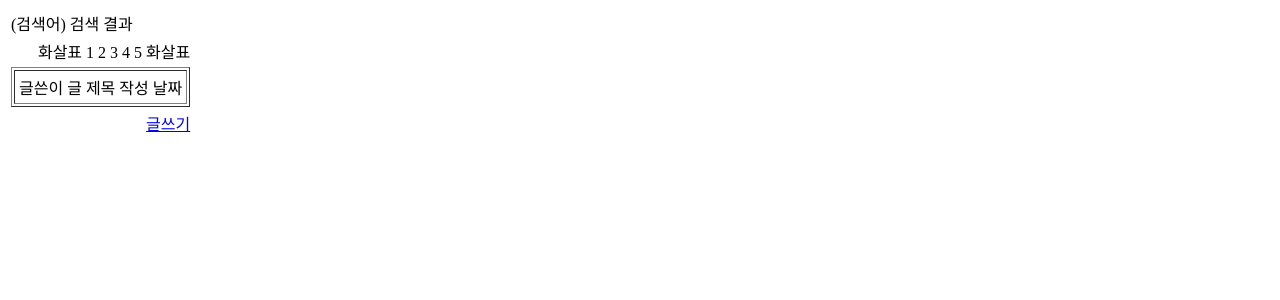
Repository: GOHO97/Haheeho
Page: http://localhost/Haheeho_Adblock/WEB-INF/views/board/board.jsp
The author's editor kept a copy of each file at every save. The page is drawn from the files as they stood at one save, then again after the next save.
The browser window is 1280 px wide. The pictures show the whole page.
The page is served by Tomcat 9. Nobody is signed in. The template is opened directly, without the code that normally fills it, so the values that code supplies are empty.

Above is the page before, as saved 2022-11-01 02:30:50.

After the next save:
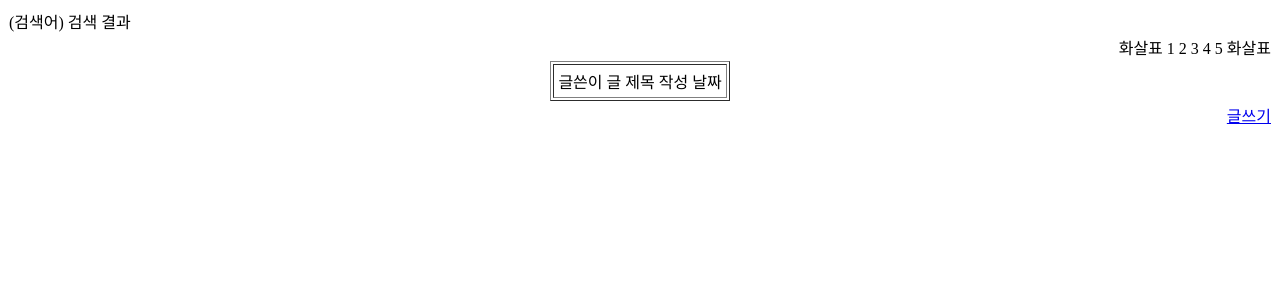
Saved 24 min 40 s later.
--- a/Haheeho_Adblock/src/main/webapp/WEB-INF/views/board/board.jsp
+++ b/Haheeho_Adblock/src/main/webapp/WEB-INF/views/board/board.jsp
@@ -8,7 +8,7 @@
 <link rel="stylesheet" href="resources/css/board.css">
 </head>
 <body>
-	<table>
+	<table id="boardMainTable">
 		<tr>
 			<td align="left">
 				(검색어) 검색 결과
